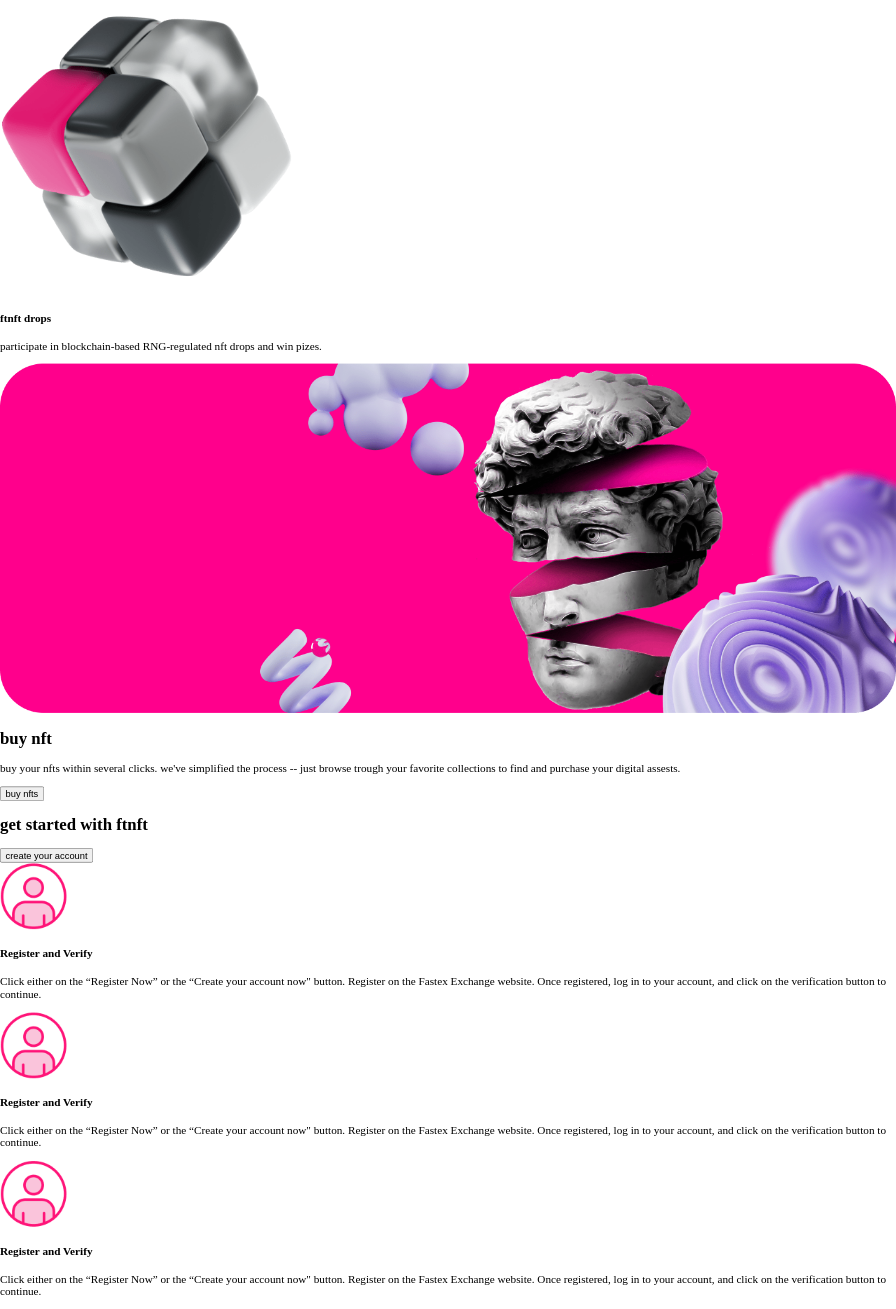
Repository: DxMAlbertGasparyan/_Project
Page: index.html
The author's editor kept a copy of each file at every save. The page is drawn from the files as they stood at one save, then again after the next save.
The browser window is 1280 px wide. The pictures show the part of the page from y = 3459 to 5379 px (the page is 5329 px tall before and 5379 px after), at 70% of full size.

Above is the page before, as saved 2023-12-05 16:51:45.

### index.html
<!DOCTYPE html>
<html lang="en">
<head>
    <meta charset="UTF-8">
    <meta name="viewport" content="width=device-width, initial-scale=1.0">
    <link rel="stylesheet" href="./css/index.css">
    <title>All-In-One NFT Platform | Buy and Sell NFTs with ftNFT</title>
    <link rel="icon" type="img/png" href="./images/favicon.png">
</head>
<body>
    <div id="root">
        <!-- Header Starts -->
        <header>
            <div class="hContent">
                <div class="logo_nav">
                    <div class="logos">
                        <div class="apps_logo">
                            <span><ion-icon name="apps"></ion-icon></span>
                        </div>
                        <div class="sitelogo">
                            <img src="./images/logo.png" alt="">
                        </div>
                    </div>
                    <nav>
                        <ul>
                            <li>
                                <a href="#">marketplace <span class="down_arrow"><ion-icon name="caret-down"></ion-icon></span></a>
                            </li>
                            <li>
                                <a href="#">rankings</a>
                            </li>
                            <li>
                                <a href="#">become an <span class="nft_uppercase">nft</span> artist</a>
                            </li>
                            <li>
                                <a href="#">phygital <span class="nft_uppercase">nft</span> stores</a>
                            </li>
                            <li>
                                <a href="#">event booking</a>
                            </li>
                            <li>
                                <a href="#">resources <span class="down_arrow"><ion-icon name="caret-down"></ion-icon></span></a>
                            </li>
                        </ul>
                    </nav>
                </div>
                <div class="button_lang">
                    <div class="button_header"><button>connect to fastex exchange</button></div>
                    <div class="bag_icon"><span><ion-icon name="bag-handle-outline"></ion-icon></span></div>
                    <div class="languages"><a href="#">en <span class="down_arrow"><ion-icon name="caret-down"></ion-icon></span></a></div>
                </div>
            </div>
            <section class="header_item">
                <div class="text_content">
                    <h1>single platfrm to explore, buy and sell <span>NFTs</span></h1>
                    <p>an <span>NFTs</span> platform to trade, collect and transform art int gitital collectibles</p>
                    <div class="text_content_btn">
                        <button class="get-started btn">get started</button>
                        <button class="explore btn">explore</button>
                    </div>
                </div>
                <div class="slider">
                    <!-- blokin width height tal petqa te che? -->
                    SLIDER
                </div>
            </section>
        </header>
        <!-- Header ends -->
        <main>
            <section class="featured_collections">
                <h3>featured collections</h3>
                <div class="items_container">
                    <div class="item">
                        <img src="./images/x39ziHUqPbngSsMldAuyOo2CUYyfhxfirgHPHXK6.webp" alt="">
                        <div class="bordered_img">
                            <img src="./images/XlDaUsynpYf66BdMb3ev9yMQ0K4AoFQKDEj72lPN.webp" alt="">
                        </div>
                    </div>
                    <div class="item">
                        <img src="./images/1OINFBEksdTTP2WOCxdsiH65SR6zLDRCy3l1pVCH.webp" alt="">
                        <div class="bordered_img">
                            <img src="./images/Khw1SX4aijpkKpJq6pyQdwxzbMqiKDIYFriJEjY9.webp" alt="">
                        </div>
                    </div>
                    <div class="item">
                        <img src="./images/jAssMBfnu18ZqhfcIRsWDcDnIUbWYPRC6JxWeOYK.webp" alt="">
                        <div class="bordered_img">
                            <img src="./images/YG6GxTtTyqsHGjpqxkulDXAgAo97iGnmz4vHQxB6.webp" alt="">
                        </div>
                    </div>
                    <div class="item">
                        <img src="./images/5IBWyQzvhMhcyvuoFQArEbbk9HRs8FteQvPqrZlK.webp" alt="">
                        <div class="bordered_img">
                            <img src="./images/ll85efr51x3t7qEDcm3YrC8yReTBPGANtHvOdEB0.webp" alt="">
                        </div>
                    </div>
                    <div class="item">
                        <img src="./images/xBleISHZEUuudcMQtiIklxfMie2yMKicgdQY7JiG.webp" alt="">
                        <div class="bordered_img">
                            <img src="./images/HMWWAcKkuUVxYrU7M7Pwl7iWGIJghy9wgCYrS4Eb.webp" alt="">
                        </div>
                    </div>
                </div>
            </section>
            <section class="nft_artist">
                <img src="./images/r54-nft-artist-min.png" style="width: 100%;" alt="">
                <div class="nft_artist_items">
                    <h2>become an <span>nft</span> artist</h2>
                    <p>
                        <span>We’ve got all the tools to get you started with your own NFT collection. Whether a newbie or an experienced user, you can import your NFTs and list them on our platform.</span>
                    </p>
                    <div class="artist_button">
                        <button class="artist_btn">learn more</button>
                    </div>
                </div>
            </section>
            <section class="experiience">
                <div class="experience_heading">
                    <h2>experience different features with ft<span>nft</span></h2>
                </div>
                <div class="flex_container">
                    <div class="flexet_blocks">
                        <img src="./images/70-ftnft-drops-min.png" alt="">
                        <h4>ft<span>nft</span> drops</h4>
                        <p>participate in blockchain-based RNG-regulated <span>nft</span> drops and win pizes.</p>
                    </div>
                    <div class="flexet_blocks">
                        <img src="./images/70-ftnft-drops-min.png" alt="">
                        <h4>ft<span>nft</span> drops</h4>
                        <p>participate in blockchain-based RNG-regulated <span>nft</span> drops and win pizes.</p>
                    </div>
                    <div class="flexet_blocks">
                        <img src="./images/70-ftnft-drops-min.png" alt="">
                        <h4>ft<span>nft</span> drops</h4>
                        <p>participate in blockchain-based RNG-regulated <span>nft</span> drops and win pizes.</p>
                    </div>
                </div>
            </section>
            <section class="buy_nft">
                <div class="background-container">
                    <img src="./images/002880112466-buy-nft-min-4.png" style="width: 100%;" alt="">
                </div>
                <div class="buy_nft_content">
                    <h2>buy <span>nft</span></h2>
                    <p>buy your <span>nft</span>s within several clicks. we've simplified the process -- just browse trough your favorite collections to find and purchase your digital assests.</p>
                    <button class="buy_nft_button">buy <span>nft</span>s</button>
                </div>
            </section>
            <section class="get_started_nft">
                <div class="top_parent">
                    <div class="get_started_nft_child">
                        <h2>get started with ft<span>nft</span></h2>
                        <button class="get_started_nft_btn">create your account</button>
                    </div>
                    <div class="second_child">
                        <div class="second_child_items">
                            <img src="./images/89-user-1677762964267.png" alt="">
                            <h4>Register and Verify</h4>
                            <p>Click either on the “Register Now” or the “Create your account now" button. Register on the Fastex Exchange website. Once registered, log in to your account, and click on the verification button to continue.</p>
                        </div>
                        <div class="second_child_items">
                            <img src="./images/89-user-1677762964267.png" alt="">
                            <h4>Register and Verify</h4>
                            <p>Click either on the “Register Now” or the “Create your account now" button. Register on the Fastex Exchange website. Once registered, log in to your account, and click on the verification button to continue.</p>
                        </div>
                        <div class="second_child_items">
                            <img src="./images/89-user-1677762964267.png" alt="">
                            <h4>Register and Verify</h4>
                            <p>Click either on the “Register Now” or the “Create your account now" button. Register on the Fastex Exchange website. Once registered, log in to your account, and click on the verification button to continue.</p>
                        </div>
                    </div>
                </div>
            </section>
            <section class="go_to_guides"></section>
        </main>
        <footer></footer>
    </div>
    <script type="module" src="https://unpkg.com/ionicons@7.1.0/dist/ionicons/ionicons.esm.js"></script>
<script nomodule src="https://unpkg.com/ionicons@7.1.0/dist/ionicons/ionicons.js"></script>
</body>
</html>

### css/index.css
body{
    margin: 0;
    padding: 0;
    box-sizing: border-box;
}

After the next save:
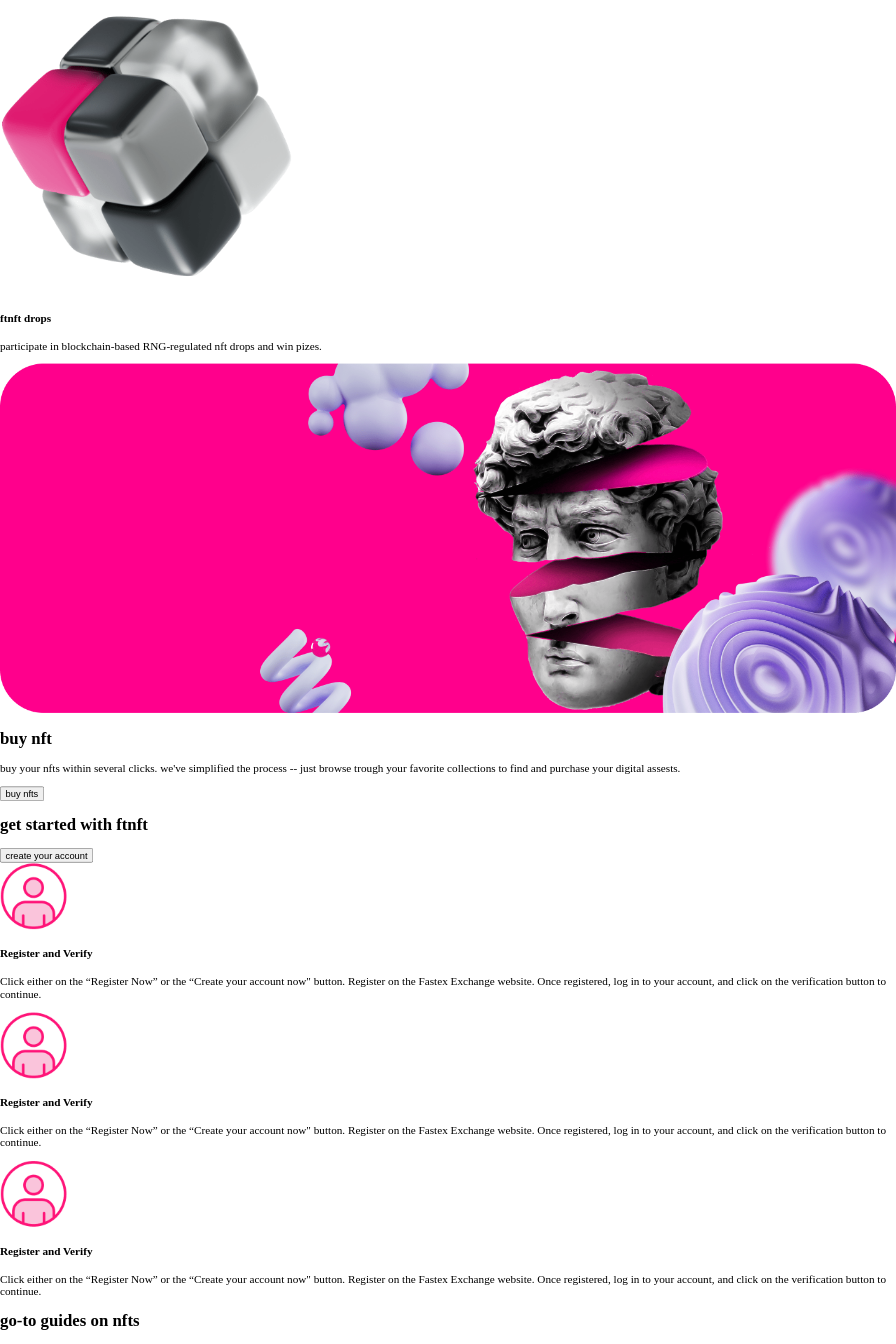
Saved 7 min 26 s later.
--- a/index.html
+++ b/index.html
@@ -171,7 +171,11 @@
                     </div>
                 </div>
             </section>
-            <section class="go_to_guides"></section>
+            <section class="go_to_guides">
+                <div class="guide_heading">
+                    <h2>go-to guides on <span>nft</span>s</h2>
+                </div>
+            </section>
         </main>
         <footer></footer>
     </div>
